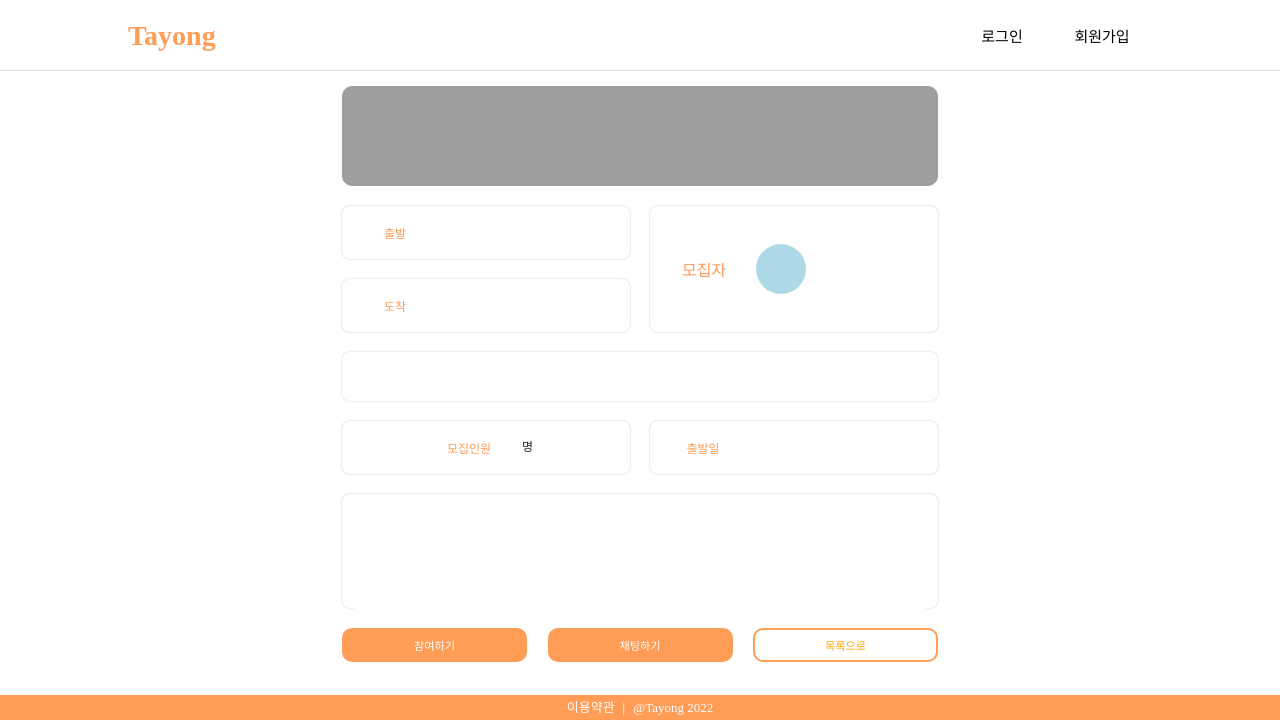
Repository: YEOMJINSEOP/Tayong
Page: /detail (app in react/)
The author's editor kept a copy of each file at every save. The page is drawn from the files as they stood at one save, then again after the next save.
The browser window is 1280 px wide. The pictures show the whole page.
Pictures or frames that could not be fetched are drawn as grey boxes. The page's requests for data from a server got no answer. Some web fonts or font styles are not loaded; a fallback is used. The project was rebuilt for these pictures with package versions that can differ from the ones it lists, and the page was loaded fresh each time. No one was signed in, and anything a server would have sent is missing. Also part of the build but not shown: react/src/components/departure/departure.jsx, react/src/components/arrival/arrival.jsx, react/src/components/locationSelector/locationSelector.jsx, react/src/pages/Home.jsx, react/src/components/meet/meet.jsx, react/src/components/list/meetList.jsx, react/src/pages/List.jsx, react/src/components/form/form.jsx and 5 more.

Above is the page before, as saved 2022-12-09 10:28:33.

After the next save:
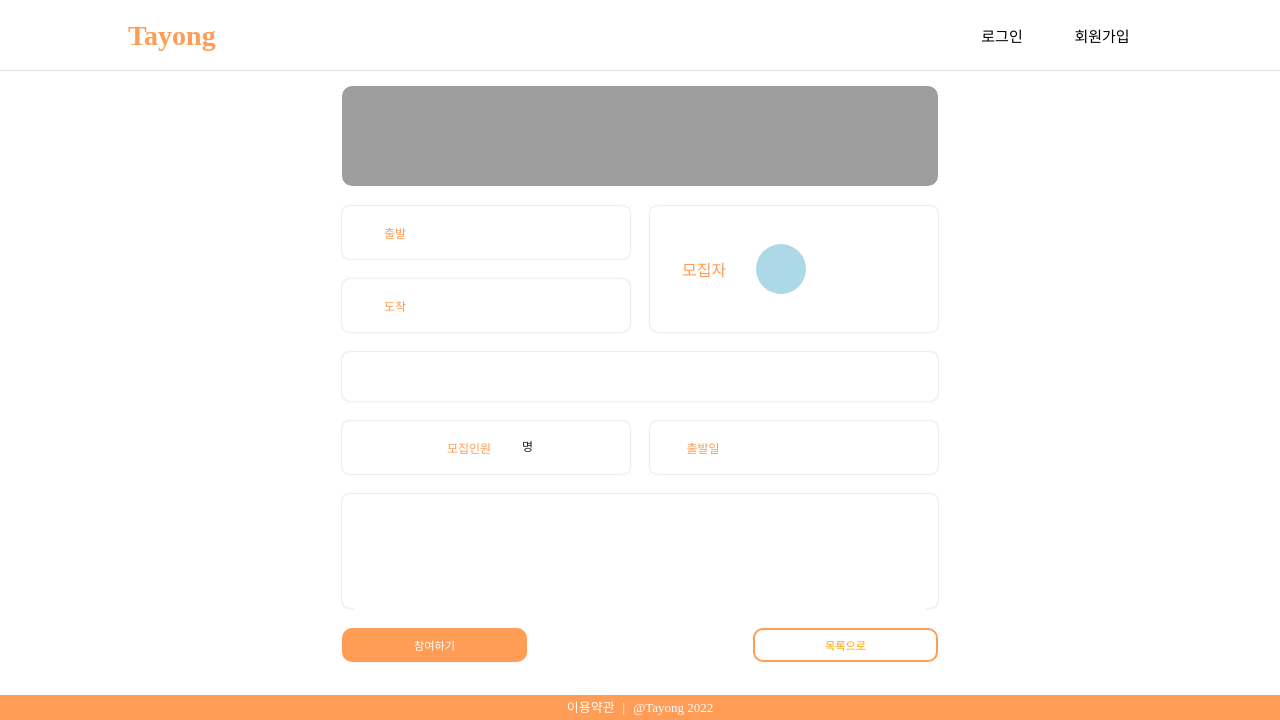
Saved 105 s later.
--- a/react/src/components/meetDetail/meetDetail.jsx
+++ b/react/src/components/meetDetail/meetDetail.jsx
@@ -153,7 +153,7 @@ function MeetDetail(props) {
 
         <div className={styles.btns}>
           <button className={styles.btn_join} onClick={onJoinHandler}>참여하기</button>
-          <button className={styles.btn_chat}><a href="http://tayongchat.s3-website.ap-northeast-2.amazonaws.com/">채팅하기</a></button>
+          {/* <button className={styles.btn_chat}><a href="http://tayongchat.s3-website.ap-northeast-2.amazonaws.com/">채팅하기</a></button> */}
           <button className={styles.btn_backToList} onClick={() => {
             navigate(-1);
           }}>목록으로</button>
